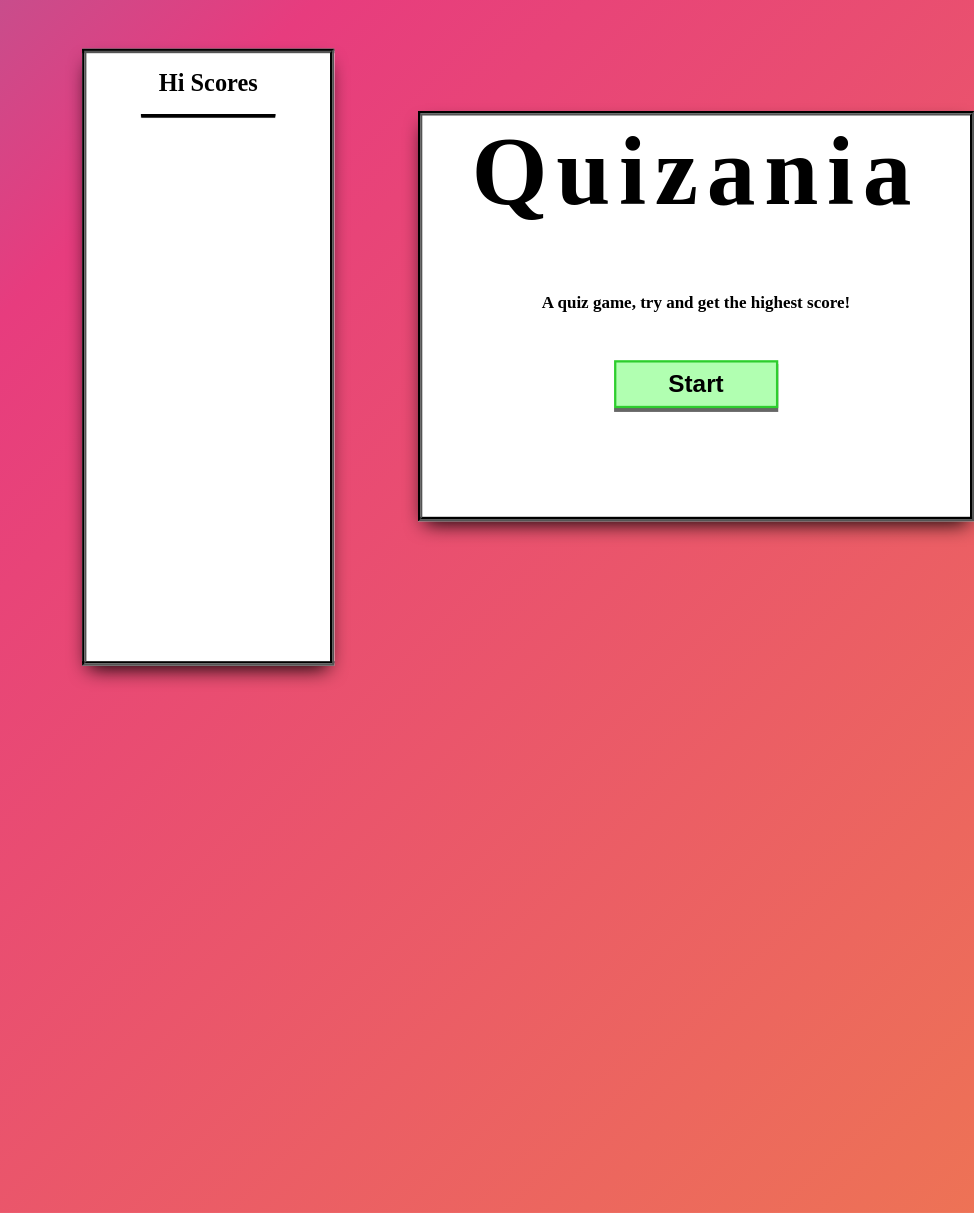
Repository: PatrickTheCodeGuy/QuizApp
Page: / (app in quizapp/)
These files come from the project's save history. The page is drawn as it stood at one moment and after the next save; the edit follows.
The browser window is 1280 px wide. The page is 1282 px wide, so the pictures cover 1282 px, including what lies to the right of the window. The pictures show the whole page, at 76% of full size.
The first visible `.button-start` is being pressed.
The project was rebuilt for these pictures with package versions that can differ from the ones it lists, and the page was loaded fresh each time.

Above is the page before, as saved 2021-07-08 15:06:13.

After the next save:
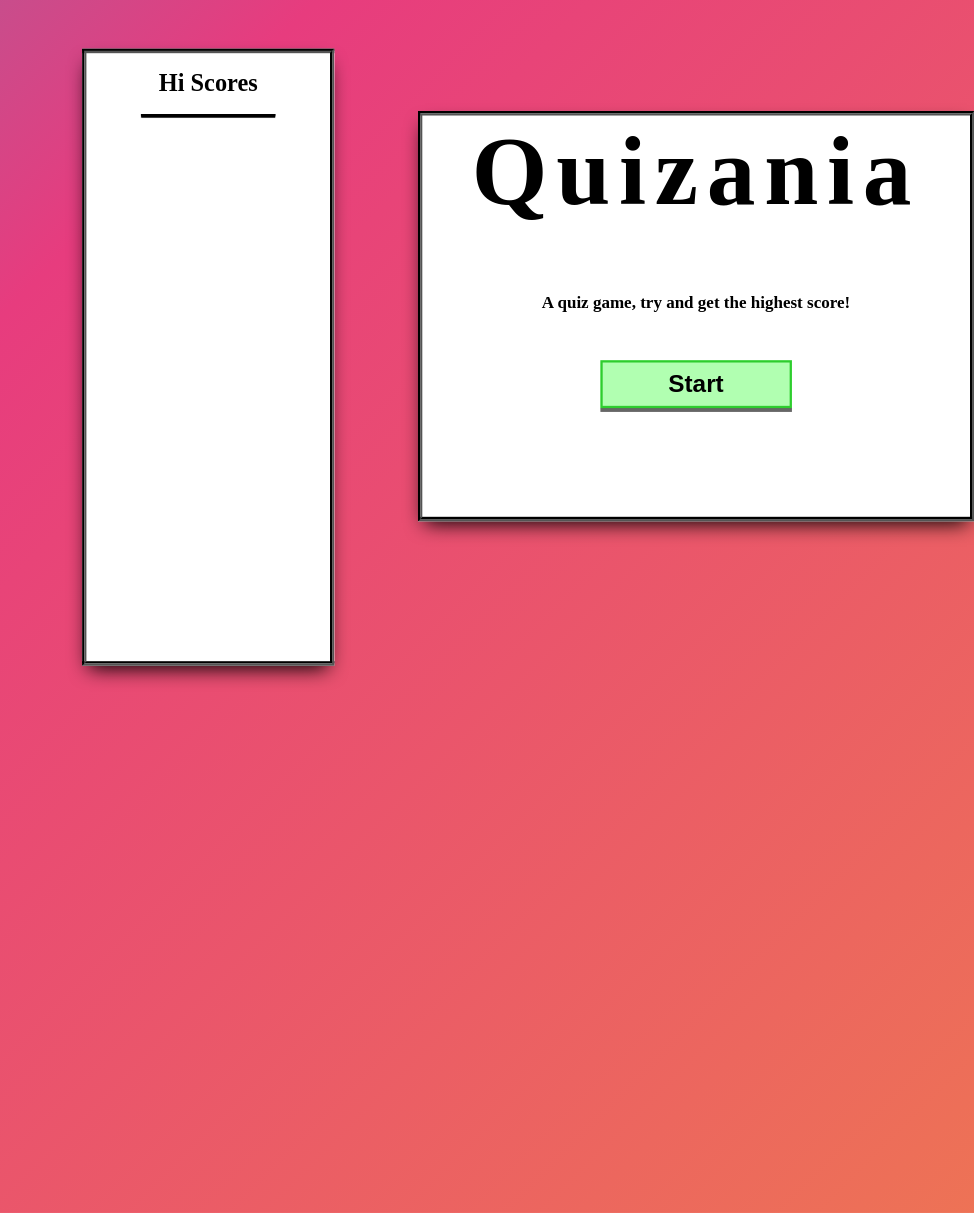
Saved 23 s later.
--- a/quizapp/src/components/StartMenu/StartMenu.css
+++ b/quizapp/src/components/StartMenu/StartMenu.css
@@ -31,6 +31,7 @@
 
 .button-start:active {
     box-shadow: 0 5px #666;
+    width: 35%;
     transform: translateY(4px);
 }
 
